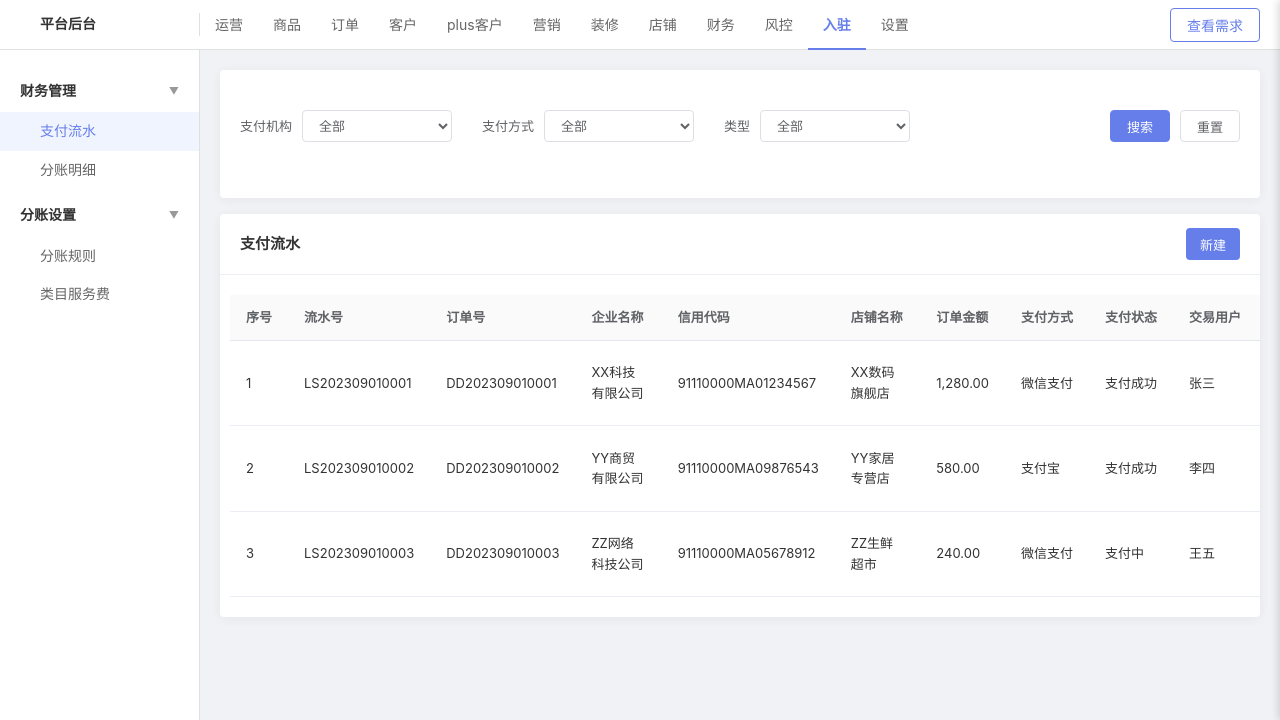
Repository: airopenclaw/mall-demo
Page: 支付分账/平台后台/支付流水.html
These files come from the project's save history. The page is drawn as it stood at one moment and after the next save; the edit follows.
The browser window is 1280 px wide. The pictures show the whole page.

Above is the page before, as saved 2026-09-11 00:33:01.

After the next save:
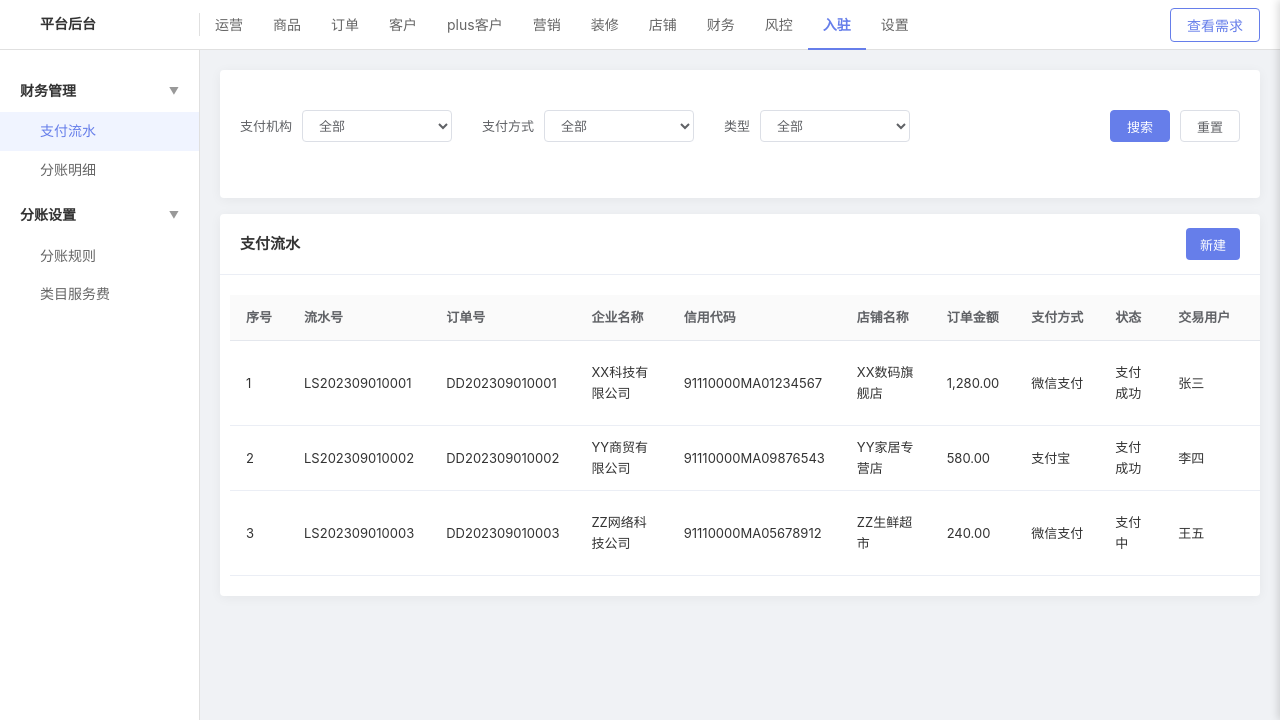
Saved 7 s later.
--- a/支付分账/平台后台/支付流水.html
+++ b/支付分账/平台后台/支付流水.html
@@ -754,7 +754,7 @@
                             <th>店铺名称</th>
                             <th>订单金额</th>
                             <th>支付方式</th>
-                            <th>支付状态</th>
+                            <th>状态</th>
                             <th>交易用户</th>
                             <th>交易时间</th>
                             <th>交易类型</th>
